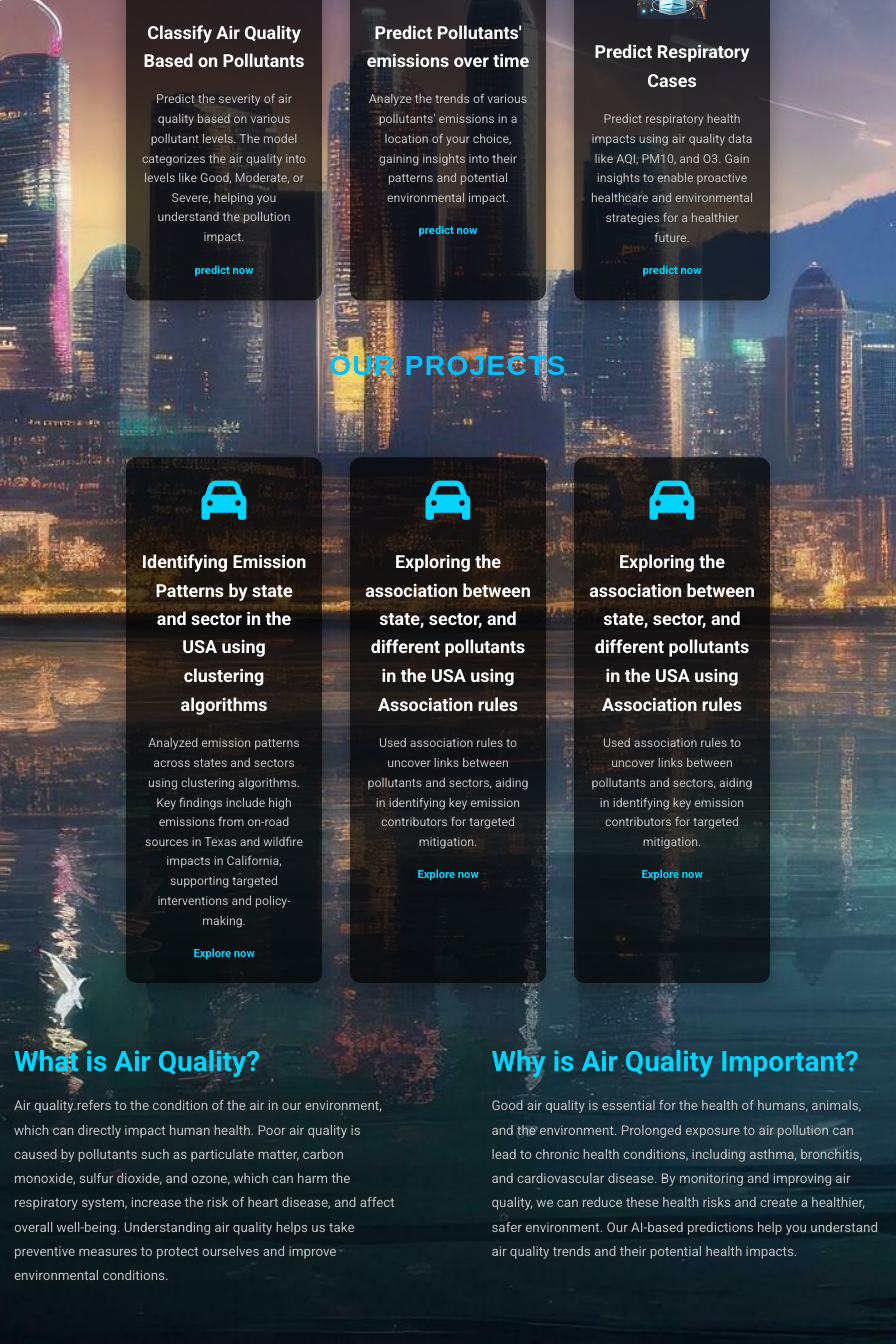
Repository: aminemnif/air-quality
Page: home/templates/home/index.html
An editor plug-in stored every save of this project. The page is shown before and after the next save, followed by the edit.
The browser window is 1280 px wide. The pictures show the part of the page from y = 1566 to 3486 px (the page is 3486 px tall), at 70% of full size.
The template is drawn by Django 5.2. The application's start-up code is not run. Other server files are loaded and not shown. The template is opened directly, without the code that normally fills it, so the values that code supplies are empty.

Above is the page before, as saved 2025-01-11 21:24:51.

### home/templates/home/index.html
{% load static %}

<!DOCTYPE html>
<html lang="en">
<head>
    <meta charset="UTF-8">
    <meta name="viewport" content="width=device-width, initial-scale=1.0">
    <title>AI Air Quality Prediction Hub</title>

    <!-- Fonts and Icons -->
    <link href="https://fonts.googleapis.com/css2?family=Roboto:wght@400;700&display=swap" rel="stylesheet">
    <link rel="stylesheet" href="https://cdnjs.cloudflare.com/ajax/libs/font-awesome/6.0.0-beta3/css/all.min.css">

    <!-- External CSS Libraries for Animations and Styling -->
    <link rel="stylesheet" href="https://cdnjs.cloudflare.com/ajax/libs/animate.css/4.1.1/animate.min.css">

    <style>
        /* General Reset */
        * {
            margin: 0;
            padding: 0;
            box-sizing: border-box;
        }

        body {
            font-family: 'Roboto', sans-serif;
            color: #333;
            line-height: 1.6;
            min-height: 100vh;
            display: flex;
            flex-direction: column;
            background: url("{% static 'futuristic-cityscapes-with-neon-lights-and-cyberpunk-vibes-free-photo.jpg' %}") no-repeat center center;
            background-size: cover; /* Ensure the image covers the entire background */
            background-position: center center; /* Centers the image */
        }

        /* Navigation Bar */
        nav {
            position: sticky;
            top: 0;
            background: rgba(0, 0, 0, 0.6);
            display: flex;
            justify-content: space-between;
            align-items: center;
            padding: 15px 30px;
            z-index: 1000;
            box-shadow: 0 4px 8px rgba(0, 0, 0, 0.1);
        }

        nav .logo {
            font-size: 2em;
            font-weight: bold;
            color: #00d4ff;
            text-shadow: 0 0 10px rgba(0, 212, 255, 0.7);
        }

        nav ul {
            list-style: none;
            display: flex;
        }

        nav ul li {
            margin: 0 20px;
        }

        nav ul li a {
            text-decoration: none;
            color: #00d4ff;
            font-size: 1.2em;
            font-weight: 600;
            letter-spacing: 1px;
            transition: color 0.3s ease;
        }

        nav ul li a:hover {
            color: #00a0cc;
        }

        /* Hero Section */
        .hero {
            text-align: center;
            padding: 120px 20px;
            background: rgba(0, 0, 0, 0.7);
            border-radius: 20px;
            margin: 40px 0;
            box-shadow: 0 10px 30px rgba(0, 0, 0, 0.3);
            max-width: 900px;
            margin-left: auto;
            margin-right: auto;
            animation: fadeInUp 1.5s ease-out;
        }

        .hero h1 {
            font-size: 4.5em;
            color: #00d4ff;
            text-shadow: 0 0 15px rgba(0, 212, 255, 0.7);
            margin-bottom: 20px;
        }

        .hero p {
            font-size: 1.4em;
            margin: 20px 0;
            color: #bbb;
            line-height: 1.6;
        }

        .hero .cta-button {
            display: inline-block;
            padding: 18px 35px;
            font-size: 1.4em;
            color: #fff;
            background: #00d4ff;
            border: none;
            border-radius: 50px;
            text-transform: uppercase;
            cursor: pointer;
            text-decoration: none;
            box-shadow: 0 8px 15px rgba(0, 212, 255, 0.5);
            transition: all 0.3s ease-in-out;
        }

        .hero .cta-button:hover {
            background: #0097b8;
            box-shadow: 0 10px 25px rgba(0, 151, 184, 0.4);
        }

        /* Section Links */
        .sections {
            display: flex;
            justify-content: center;
            margin-top: 60px;
            flex-wrap: wrap;
        }

        .section-card {
            background: rgba(0, 0, 0, 0.7);
            border-radius: 15px;
            margin: 20px;
            padding: 30px 20px;
            width: 280px;
            text-align: center;
            transition: transform 0.3s ease, box-shadow 0.3s ease, margin-top 0.3s ease;
            box-shadow: 0 10px 30px rgba(0, 0, 0, 0.3);
            cursor: pointer;
        }

        .section-card:hover {
            transform: translateY(-15px);
            box-shadow: 0 15px 35px rgba(0, 0, 0, 0.4);
            margin-top: -10px;
        }

        .section-card i {
            font-size: 4em;
            color: #00d4ff;
            margin-bottom: 15px;
        }

        .section-card h3 {
            margin: 20px 0;
            font-size: 1.6em;
            color: #fff;
        }

        .section-card p {
            color: #bbb;
            font-size: 1.1em;
            margin-bottom: 20px;
        }

        .section-card a {
            text-decoration: none;
            color: #00d4ff;
            font-weight: bold;
            transition: color 0.3s ease;
        }

        .section-card a:hover {
            color: #0097b8;
        }

        /* Two-Column Information Section */
        .info-section {
            display: flex;
            justify-content: space-between;
            margin: 60px 20px;
            flex-wrap: wrap;
        }

        .info-column {
            width: 45%;
            margin-bottom: 20px;
        }

        .info-column h2 {
            color: #00d4ff;
            font-size: 2.5em;
            margin-bottom: 15px;
        }

        .info-column p {
            font-size: 1.2em;
            line-height: 1.8;
            color: #bbb;
        }

        /* Animation Keyframes */
        @keyframes fadeInUp {
            from {
                opacity: 0;
                transform: translateY(30px);
            }
            to {
                opacity: 1;
                transform: translateY(0);
            }
        }
    </style>
</head>
<body>
    <nav>
        <div class="logo">AI Quality Hub</div>
        <ul>
            <li><a href="/">Home</a></li>
            <li><a href="{% url 'predict_co2' %}">CO2 Emission</a></li>
            <li><a href="/disease-prediction">Health Impact</a></li>
            <li><a href="{% url 'predict_RS' %}">Respiratory Cases</a></li>
            <li><a href="/car-model-prediction">Car Models</a></li>
            <li><a href="/suggest-prediction">Suggest</a></li>
        </ul>
    </nav>

    <div class="hero animate__animated animate__fadeInUp">
        <h1>Welcome to the AI Air Quality Prediction Hub</h1>
        <p>Leverage advanced AI models to predict and understand air quality and its impact on your health.</p>
    </div>

    <div style="text-align: center; margin-top: 40px; margin-bottom: 20px;">
        <h2 style="font-family: Arial, sans-serif; font-size: 2.5em; font-weight: bold; color: #00bfff; text-transform: uppercase; letter-spacing: 2px;">
            Our Models
        </h2>
    </div>

    <div class="sections">
        <div class="section-card animate__animated animate__fadeInLeft">
            <i class="fas fa-cloud"></i>
            <h3>CO2 Emission Prediction</h3>
            <p>Predict the amount of CO2 emissions based on vehicle specifications and other contributing factors.</p>
            <a href="{% url 'predict_co2' %}">Predict Now</a>
        </div>
        <div class="section-card animate__animated animate__fadeInUp">
            <i class="fas fa-stethoscope"></i>
            <h3>Health Impact Analysis</h3>
            <p>Analyze the potential health impacts of poor air quality and discover preventive measures.</p>
            <a href="/disease-prediction">predict now</a>
        </div>
        <div class="section-card animate__animated animate__fadeInRight">
            <i class="fas fa-car"></i>
            <h3>Predict pollutants' concentration</h3>
            <p>Empowering Environmental Decisions with Accurate Forecasts for Cleaner, Healthier Communities</p>
            <a href="{% url 'regression_concentration' %}">predict now</a>
        </div>
        <div class="section-card animate__animated animate__fadeInRight">
            <i class="fas fa-car"></i>
            <h3>Predict Air Quality Index (AQI)</h3>
            <p>Predict the Air Quality Index (AQI) for a city based on pollutant levels. Gain insights into the current air quality and its potential impact on health and the environment.</p>
            <a href="{% url 'predict_test_form' %}">predict now</a>
        </div>

        <div class="section-card animate__animated animate__fadeInRight">
            <i class="fas fa-car"></i>
            <h3>Classify Air Quality Based on Pollutants</h3>
            <p>Predict the severity of air quality based on various pollutant levels. The model categorizes the air quality into levels like Good, Moderate, or Severe, helping you understand the pollution impact.</p>
            <a href="{% url 'classify_aqi_bucket' %}">predict now</a>
        </div>


        <div class="section-card animate__animated animate__fadeInRight">
            <i class="fas fa-car"></i>
            <h3>Predict Pollutants' emissions over time</h3>
            <p>Analyze the trends of various pollutants' emissions in a location of your choice, gaining insights into their patterns and potential environmental impact.</p>
            <a href="{% url 'prediction_form' %}">predict now</a>
        </div>

        <div class="section-card animate__animated animate__fadeInRight">
            <img src="{% static 'RS.webp' %}" alt="" style="width: 100px; height: auto;">


            <h3>Predict Respiratory Cases</h3>
            <p>
                Predict respiratory health impacts using air quality data like AQI, PM10, and O3.
                Gain insights to enable proactive healthcare and environmental strategies for a healthier future.
            </p>
            <a href="{% url 'predict_RS' %}">predict now</a>
        </div>
    </div>

    <div style="text-align: center; margin-top: 40px; margin-bottom: 20px;">
        <h2 style="font-family: Arial, sans-serif; font-size: 2.5em; font-weight: bold; color: #00bfff; text-transform: uppercase; letter-spacing: 2px;">
            Our Projects
        </h2>
    </div>

    <div class="sections">
        <div class="section-card animate__animated animate__fadeInRight">
            <i class="fas fa-car"></i>
            <h3>Identifying Emission Patterns by state and sector in the USA using clustering algorithms</h3>
            <p>Analyzed emission patterns across states and sectors using clustering algorithms. Key findings include high emissions from on-road sources in Texas and wildfire impacts in California, supporting targeted interventions and policy-making.</p>
            <a href="{% url 'clustering_detail' %}">Explore now</a>

        </div>

        <div class="section-card animate__animated animate__fadeInRight">
            <i class="fas fa-car"></i>
            <h3>Exploring the association between state, sector, and different pollutants in the USA using Association rules </h3>
            <p>Used association rules to uncover links between pollutants and sectors, aiding in identifying key emission contributors for targeted mitigation.</p>
            <a href="{% url 'association_detail' %}">Explore now</a>
        </div>


        <div class="section-card animate__animated animate__fadeInRight">
            <i class="fas fa-car"></i>
            <h3>Exploring the association between state, sector, and different pollutants in the USA using Association rules </h3>
            <p>Used association rules to uncover links between pollutants and sectors, aiding in identifying key emission contributors for targeted mitigation.</p>
            <a href="{% url 'clustering_RS' %}">Explore now</a>
        </div>
    </div>

    <div class="info-section">
        <div class="info-column animate__animated animate__fadeInLeft">
            <h2>What is Air Quality?</h2>
            <p>Air quality refers to the condition of the air in our environment, which can directly impact human health. Poor air quality is caused by pollutants such as particulate matter, carbon monoxide, sulfur dioxide, and ozone, which can harm the respiratory system, increase the risk of heart disease, and affect overall well-being. Understanding air quality helps us take preventive measures to protect ourselves and improve environmental conditions.</p>
        </div>
        <div class="info-column animate__animated animate__fadeInRight">
            <h2>Why is Air Quality Important?</h2>
            <p>Good air quality is essential for the health of humans, animals, and the environment. Prolonged exposure to air pollution can lead to chronic health conditions, including asthma, bronchitis, and cardiovascular disease. By monitoring and improving air quality, we can reduce these health risks and create a healthier, safer environment. Our AI-based predictions help you understand air quality trends and their potential health impacts.</p>
        </div>
    </div>
</body>
</html>

After the next save:
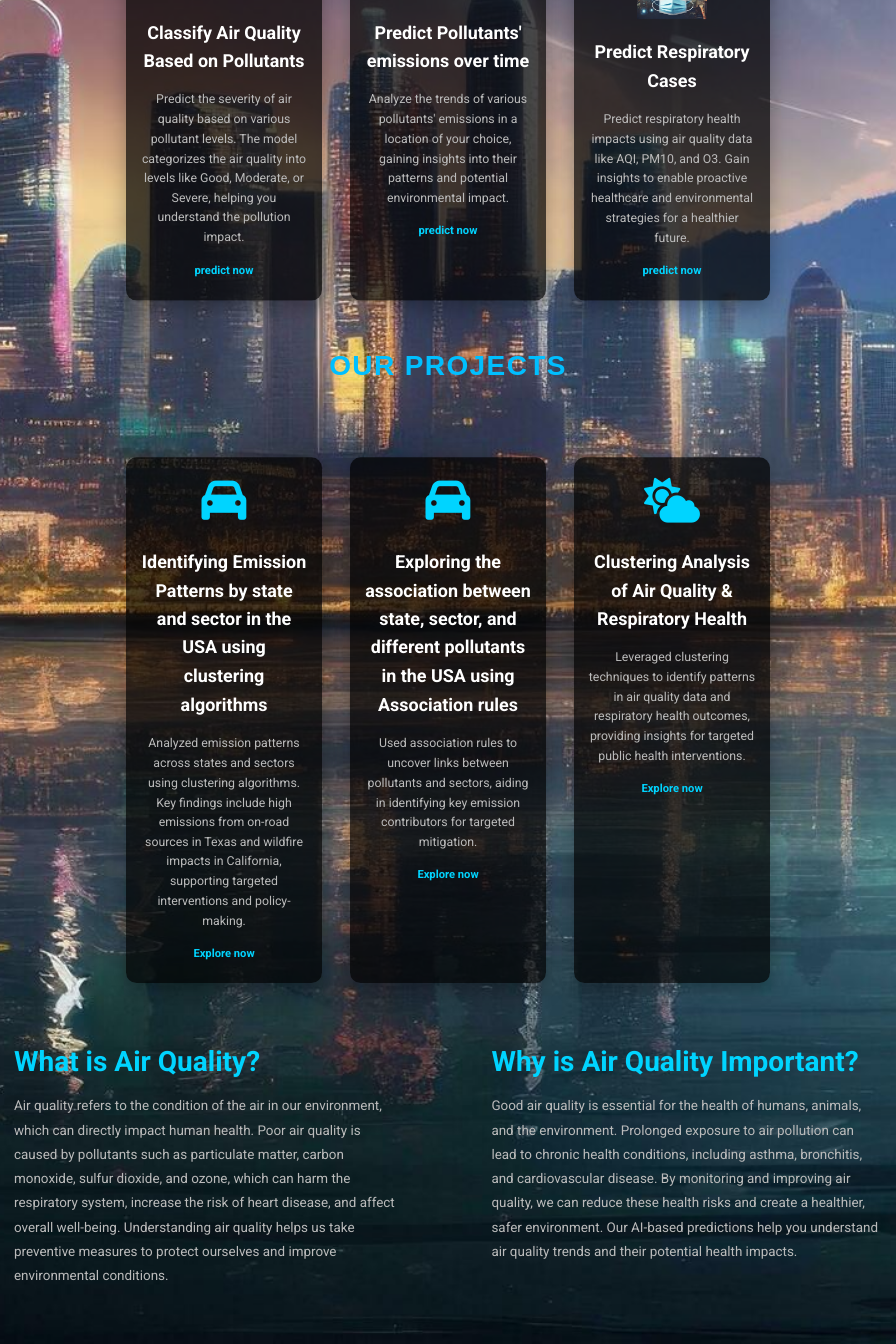
Saved 2 min 0 s later.
--- a/home/templates/home/index.html
+++ b/home/templates/home/index.html
@@ -319,10 +319,12 @@
 
 
         <div class="section-card animate__animated animate__fadeInRight">
-            <i class="fas fa-car"></i>
-            <h3>Exploring the association between state, sector, and different pollutants in the USA using Association rules </h3>
-            <p>Used association rules to uncover links between pollutants and sectors, aiding in identifying key emission contributors for targeted mitigation.</p>
+            <i class="fas fa-cloud-sun"></i>
+            <h3>Clustering Analysis of Air Quality & Respiratory Health</h3>
+            <p>Leveraged clustering techniques to identify patterns in air quality data and respiratory health outcomes, providing insights for targeted public health interventions.</p>
             <a href="{% url 'clustering_RS' %}">Explore now</a>
+        </div>
+
         </div>
     </div>
 
